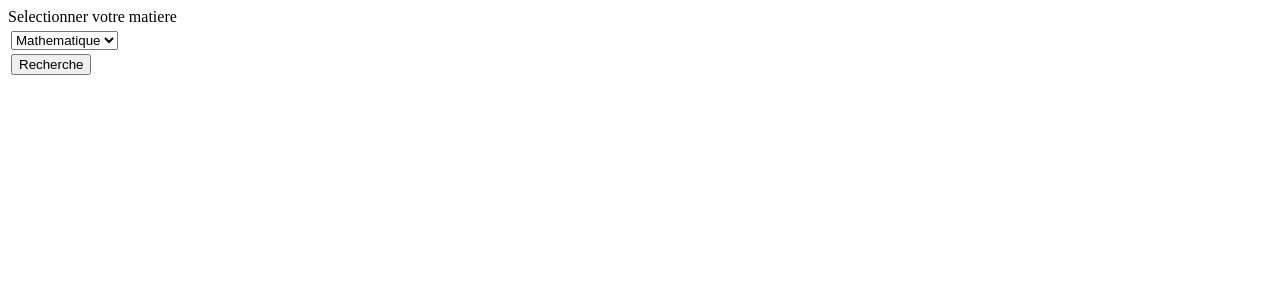
Repository: AntoAnt/WikiScolaire-
Page: http://localhost/InterfaceWikiScolair/Recherche.jsp
An editor plug-in stored every save of this project. The page is shown before and after the next save, followed by the edit.
The browser window is 1280 px wide. The pictures show the whole page.
The page is served by Tomcat 9. Other server files are loaded and not shown.

Above is the page before, as saved 2017-04-20 13:01:25.

### InterfaceWikiScolair/WebContent/Recherche.jsp
<%@ page language="java" contentType="text/html; charset=ISO-8859-1"
    pageEncoding="ISO-8859-1"%>
<!DOCTYPE html PUBLIC "-//W3C//DTD HTML 4.01 Transitional//EN" "http://www.w3.org/TR/html4/loose.dtd">
<html>
<head>
<meta http-equiv="Content-Type" content="text/html; charset=ISO-8859-1">
<title>Recherche_cours</title>
</head>
<body>
	<form method="post" action="/InterfaceWikiScolair/ControleurPrincipal?idaction=Recherche_cours">
		<table>
			<tr>Selectionner votre matiere </tr>
			<tr><td>
				<select>
					<option value ="Mathematique">Mathematique</option>
					<option value ="Français">Français</option>
					<option value ="Anglais">Anglais</option>
					<option value ="SVT">SVT</option>
					<option value ="Physique">Physique</option>
					<option value ="economie">economie</option>
					<option value ="Histoire">Histoire</option>
					<option value ="Geographie">Geographie</option>
					<option value ="Philosophie">Philosophie</option>
				</select>
			</td></tr>
			<tr><td><input type="submit" name="recherche_cours" value="Recherche"></td></tr>



	</table>



</body>
</html>

After the next save:
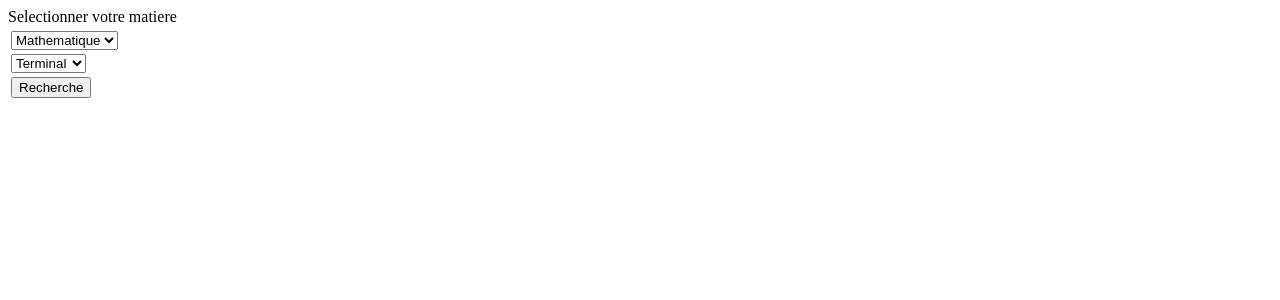
Saved 4 min 16 s later.
--- a/InterfaceWikiScolair/WebContent/Recherche.jsp
+++ b/InterfaceWikiScolair/WebContent/Recherche.jsp
@@ -22,6 +22,12 @@
 					<option value ="Geographie">Geographie</option>
 					<option value ="Philosophie">Philosophie</option>
 				</select>
+			<tr><td>
+				<select>
+					<option value = "Terminal">Terminal</option>
+					<otpion value = "Premiere">Premiere</otpion>
+					<option value = "Seconde">Seconde</option>
+				</select>
 			</td></tr>
 			<tr><td><input type="submit" name="recherche_cours" value="Recherche"></td></tr>
 
